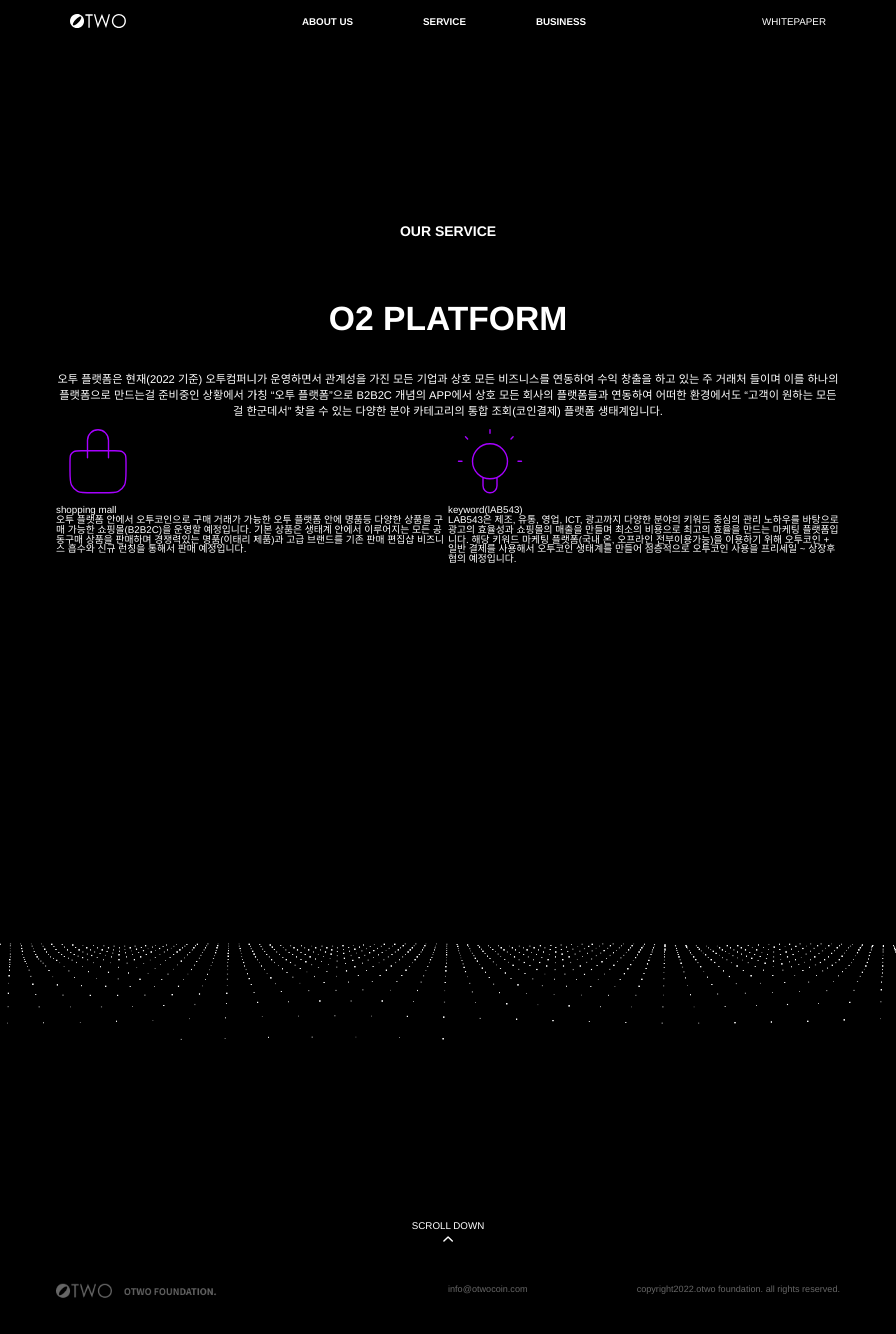
Repository: songhun115/Otwo
Page: service.html
These files come from the project's save history. The page is drawn as it stood at one moment and after the next save; the edit follows.
The browser window is 1280 px wide. The pictures show the whole page, at 70% of full size.

Above is the page before, as saved 2022-11-18 11:15:02.
Not found: js/three.js

### service.html
<!DOCTYPE html>
<html lang="en">

<head>
    <meta charset="UTF-8">
    <meta http-equiv="X-UA-Compatible" content="IE=edge">
    <meta name="viewport" content="width=device-width, initial-scale=1.0">
    <link rel="stylesheet" href="css/reset.css">
    <link rel="stylesheet" href="css/content.css">
    <link rel="preconnect" href="https://fonts.googleapis.com">
    <link rel="preconnect" href="https://fonts.gstatic.com" crossorigin>
    <link href="https://fonts.googleapis.com/css2?family=Noto+Sans+KR:wght@300;400;500;700;900&display=swap"
        rel="stylesheet">
    <link rel="stylesheet" href="https://cdn.jsdelivr.net/npm/swiper/swiper-bundle.min.css" />
    <script src="https://cdnjs.cloudflare.com/ajax/libs/jquery/3.6.1/jquery.min.js"
        integrity="sha512-aVKKRRi/Q/YV+4mjoKBsE4x3H+BkegoM/em46NNlCqNTmUYADjBbeNefNxYV7giUp0VxICtqdrbqU7iVaeZNXA=="
        crossorigin="anonymous" referrerpolicy="no-referrer"></script>
    <script src="js/index.js"></script>
    <script src="js/three.js"></script>
    <script src="js/three.min.js"></script>
    <title>about</title>
</head>

<body>
    <div class="contaeiner">
        <header class="header">
            <nav class="nav-bar">
                <div class="logo">
                    <img src="img/logo-white.svg" alt="">
                </div>
                <ul class="nav-list">
                    <li class="nav-item">ABOUT US</li>
                    <li class="nav-item">SERVICE</li>
                    <li class="nav-item">BUSINESS</li>
                </ul>
                <div class="white-paper">
                    WHITEPAPER
                </div>
            </nav>
        </header>
        <section class="section overview">
            <h3>OUR SERVICE</h3>
            <h1>O2 PLATFORM</h1>
            <p>오투 플랫폼은 현재(2022 기준) 오투컴퍼니가 운영하면서 관계성을 가진 모든 기업과 상호 모든 비즈니스를 연동하여 수익 창출을 하고 있는
                주 거래처 들이며 이를 하나의 플랫폼으로 만드는걸 준비중인 상황에서 가칭 “오투 플랫폼”으로 B2B2C 개념의 APP에서 상호 모든 회사의 플랫폼들과 연동하여 어떠한 환경에서도 “고객이 원하는 모든걸 한군데서” 찾을 수 있는 다양한 분야 카테고리의 통합 조회(코인결제) 플랫폼 생태계입니다.</p>

        </section>
     <section class="service-platform-list">
        <ul class="platform-list">
            <li class="platform-item">
                <div class="platform-img">
                    <img src="img/shoping.svg" alt="">
                </div>
                <div class="platform-category">shopping mall</div>
                <div class="platform-con">오투 플랫폼 안에서 오투코인으로 구매 거래가 가능한 오투 플랫폼 안에 명품등 다양한 상품을 구매 가능한 쇼핑몰(B2B2C)을 운영할 예정입니다.
                    기본 상품은 생태계 안에서 이루어지는 모든 공동구매 상품을 판매하며 경쟁력있는 명품(이태리 제품)과 고급 브랜드를 기존 판매 편집샵 비즈니스 흡수와 신규 런칭을 통해서 판매 예정입니다. </div>
            </li>
            <li class="platform-item">
                <div class="platform-img">
                    <img src="img/keywrod.svg" alt="">
                </div>
                <div class="platform-category">keyword(lAB543)</div>
                <div class="platform-con">LAB543은 제조, 유통, 영업, ICT, 광고까지 다양한 분야의 키워드 중심의 관리 노하우를 바탕으로 광고의 효율성과 쇼핑몰의 매출을 만들며 최소의 비용으로 최고의 효율을 만드는 마케팅 플랫폼입니다.
                    해당 키워드 마케팅 플랫폼(국내 온, 오프라인 전부이용가능)을 이용하기 위해 오투코인 + 일반 결제를 사용해서 오투코인 생태계를 만들어 점층적으로 오투코인 사용을 프리세일 ~ 상장후 협의 예정입니다. </div>
            </li>
        </ul>
     </section>

    </div>


    <div class="contaeiner-two">


        </div>
        <div id="canvas">
            <div class="scroll-up ">
                <p>SCROLL DOWN</p>
                <img src="img/chevron-up.svg" alt="">
            </div>

        </div>
        <script>
            window.addEventListener("DOMContentLoaded", () => {
            const w = window.innerWidth;
            const h = window.innerHeight / 2;
            const dpr = window.devicePixelRatio;

            const fov = 60;
            const fovRad = (fov / 2) * (Math.PI / 180);
            const dist = h / 2 / Math.tan(fovRad);

            const clock = new THREE.Clock();
            const particles = 5000;
            const pointSize = 2.5;

            const renderer = new THREE.WebGLRenderer();
            renderer.setSize(w, h);
            renderer.setClearColor(new THREE.Color(0x000000), 1.0);
            renderer.setPixelRatio(dpr);

            const container = document.getElementById("canvas");
            container.appendChild(renderer.domElement);

            const camera = new THREE.PerspectiveCamera(fov, w / h, 1, dist * 2);
            camera.position.x = 0;
            camera.position.y = 0;
            camera.position.z = 10;

            const scene = new THREE.Scene();

            const geo = new THREE.BufferGeometry();
            let positions = [];
            let x, y, z;

            const width = 400 * (w / h);

            const depth = 400;
            const distance = 10;

            for (let x = 0; x < width; x += distance) {
              for (let z = 0; z < depth; z += distance) {
                positions.push(-width / 2 + x, -30, -depth / 2 + z);
              }
            }
            let positionAttribute = new THREE.Float32BufferAttribute(positions, 3);
            geo.addAttribute("position", positionAttribute);

            const mat = new THREE.ShaderMaterial({
              uniforms: {
                u_time: {
                  value: 0.0
                }
              },
              vertexShader: `
              #define M_PI 3.1415926535897932384626433832795

              precision mediump float;
              uniform float u_time;
              void main() {
                vec3 p = position;
                p.y += (
                  cos(p.x / M_PI * 8.0 + u_time * 2.0) +
                  sin(p.z / M_PI * 8.0 + u_time * 2.0)
                );
                gl_PointSize = 1.5;
                gl_Position = projectionMatrix * modelViewMatrix * vec4(p, 1.0);
              }
              `,
              fragmentShader: `
              precision mediump float;
              void main() {
                gl_FragColor = vec4(1.0, 1.0, 1.0, 1.0);
              }
              `
            });

            const mesh = new THREE.Points(geo, mat);
            scene.add(mesh);

            render();

            function render() {
              const time = clock.getElapsedTime();
              mesh.material.uniforms.u_time.value = time;
              renderer.render(scene, camera);
              requestAnimationFrame(render);
            }
          });
          </script>
          <footer class="footer">
            <div class="footer-left">
                <img src="img/footer-left.png" alt="">
            </div>
            <div class="footer-right">
                <p>info@otwocoin.com</p>
                <p>copyright2022.otwo foundation. all rights reserved.</p>
            </div>
        </footer>
</body>

</html>

### css/reset.css
html, body, div, span, applet, object, iframe,
h1, h2, h3, h4, h5, h6, p, blockquote, pre,
a, abbr, acronym, address, big, cite, code,
del, dfn, em, img, ins, kbd, q, s, samp,
small, strike, strong, sub, sup, tt, var,
b, u, i, center,
dl, dt, dd, ol, ul, li,
fieldset, form, label, legend,
table, caption, tbody, tfoot, thead, tr, th, td,
article, aside, canvas, details, embed,
figure, figcaption, footer, header, hgroup,
menu, nav, output, ruby, section, summary,
time, mark, audio, video {
	margin: 0;
	padding: 0;
	border: 0;
	font-size: 100%;
	font: inherit;
	vertical-align: baseline;

}
/* HTML5 display-role reset for older browsers */
article, aside, details, figcaption, figure,
footer, header, hgroup, menu, nav, section {
	display: block;
}
body {
	line-height: 1;
  overflow-x: hidden;
  overflow-y: scroll;
}
ol, ul {
	list-style: none;
}
blockquote, q {
	quotes: none;
}
blockquote:before, blockquote:after,
q:before, q:after {
	content: '';
	content: none;
}
table {
	border-collapse: collapse;
	border-spacing: 0;
}
a,span{display: inline-block;}
body{font-family: 'Noto Sans KR', sans-serif; color: #fff;}
section h1 {font-size: 48px; line-height: 70px; color:#fff; font-weight: 700;}
section p {line-height: 23px; font-weight: 400; font-size: 16px;}
h2{font-size: 32px; font-weight: 700; line-height: 46px;}


html,
body {
  position: relative;
  height: 100%;
}

body {
  background: #eee;
  font-family: Helvetica Neue, Helvetica, Arial, sans-serif;
  font-size: 14px;
  color: #000;
  margin: 0;
  padding: 0;
}

.swiper {
  width: 100%;
  height: 100%;
}

.swiper-slide {
  text-align: center;
  font-size: 18px;


  /* Center slide text vertically */
  display: -webkit-box;
  display: -ms-flexbox;
  display: -webkit-flex;
  display: flex;
  -webkit-box-pack: center;
  -ms-flex-pack: center;
  -webkit-justify-content: center;
  justify-content: center;
  -webkit-box-align: center;
  -ms-flex-align: center;
  -webkit-align-items: center;
  align-items: center;
}

.swiper-slide img {
  display: block;
  width: 100%;
  height: 100%;
  object-fit: cover;
}
.service-swiper{ overflow: inherit !important; max-width: 1120px !important;}

### css/content.css
.intro{height: 100vh;}
canvas{    position: absolute; left: 0; top: 0; z-index: -1;}
.contaeiner{max-width: 1120px; margin: 0 auto;}
.contaeiner-two{max-width: 1120px; margin: 0 auto;}
body{background-color: #000; color: #fff;}
/*! 헤더  */
.header{position: absolute; left: 50%; top: 0; transform: translateX(-50%); width: 100%; max-width: 1120px; margin: 0 auto;  z-index: 11;}
.nav-bar{display: flex; justify-content: space-between; align-items: center; padding: 20px;}
.nav-list{display: flex; align-items: center;}
.nav-item{padding:0 50px; font-weight: 700;font-size: 14px;line-height: 20px; cursor: pointer;}
/*!메인페이지   */
.intro{position: relative;}
.intro-box{display: flex; flex-direction: column; align-items: center; justify-content: center; text-align: center; width: 100%;height: 100%;}
.pur-button{border: 1px solid #A600FF;border-radius: 50px; display: flex;flex-direction: row;justify-content: center;align-items: center;gap: 10px; transition: 0.3s; width: 216px;height: 45px; cursor: pointer;}
.pur-button:hover{background-color: #A600FF; }
.pur-button:hover > button{color:#D9D9D9;}
.intro-box > p{padding: 40px 0 80px 0;}
.pur-button button{border: none;outline: none; color:#A600FF; background-color: transparent; font-weight: 700; font-size: 17px; line-height: 25px;}
.scroll-down{position: absolute; bottom: 50px; left: 50%; transform: translateX(-50%);}
.scroll-down > p {font-weight: 300; padding-bottom:7px; color: #fff; color: pu;}


/*! 메인 service */
.service{padding-top: 320px;}
.service-content{display: flex; justify-content: space-between; align-items: center;}
.service-left.service-right{width: 50%;}
.service-left > p,.business-box-left p{padding-top: 40px; font-size: 16px;}
.service-category-box{display: flex; flex-direction: column; justify-content: start; align-items: flex-start; text-align: left; padding-right: 40px; box-sizing: border-box;}
.service-category-box > h4 {font-size: 20px; line-height: 29px; font-weight: 400; margin:40px 0 20px 0;}
.service-category-box > p {font-size: 16px;}

.service-swiper{padding:120px 0 100px 0!important; box-sizing: border-box !important;}
.swiper-button-prev,
.swiper-button-next{top: 90% !important;  }
.swiper-button-prev{left:0 !important;}
.swiper-button-next{left: 64px !important;}
.swiper-button-next:after, .swiper-button-prev:after{content: "" !important;font-family: none !important;width: 20px !important;height: 20px !important;}
.swiper-button-next:after{background-image: url("../img/chevron-right.svg") !important;}
.swiper-button-prev:after{background-image: url("../img/chevron-left.svg") !important;}


  /*!메인 Business */
  .business{padding-top: 370px;}
  .business-box{display: flex; justify-content: space-between; align-items: center;}
  .business-box-left .pur-button{margin-top: 80px;}
  .business-box-left{width: 58%;}
  business-box-right{width: 42%;}
  .scroll-up{position: absolute;bottom: 0;left: 50%;transform: translateX(-50%);text-align: center;}
  #canvas{position: relative; height: 100%; max-height: 659px;}
  /* #canvas canvas{ height: 1000px !important;} */
  /* #canvas canvas{height: 1000px;} */
  /*! 푸터   */
  .footer{max-width: 1120px; margin: 0 auto; display: flex; justify-content: space-between; padding: 50px 0;}
  footer-left,
  .footer-right{width: 50%;}
  .footer-right{display: flex; justify-content: space-between; opacity: 0.4; font-size: 13px; line-height: 13px;}



  /*! 어바웃 */
  .canvas-one-wrap{position: relative; max-height: 659px; height: 100%;}
  .canvas-one{ top: 50%;left: 50%; transform: translate(-50%, -50%); margin-top: 100px; background-image: url(../img/logo-purple.png);background-repeat: no-repeat;background-position: center}
  .contaeiner-two{padding-top: 320px;}
  .overview{padding-top: 320px; text-align: center; }
  .overview > h3{font-weight: 700; font-size: 20px;}
  .our-values{text-align: center;}
  .our-values > h1{margin:80px 0 40px 0;}
  .overview > h1{margin:80px 0 40px 0}
  .our-values-list{display: flex; justify-content: space-between; padding-top: 120px;}
  .our-values-item{text-align: left;}
  .our-values-category {margin:20px 0 32px 0; font-size: 24px; font-weight: 600;}

  .advisor{padding-top: 480px;}
  .advisor > h2{margin: 80px 0 120px 0;}
  .member-info {padding:40px 40px 60px 40px; box-sizing: border-box;}
  .advisor-member-list{    display: grid;grid-template-columns: repeat(3,1fr);gap: 40px}
  .advisor-member-item{background: #252525; border-radius: 20px; }
  .member-name{font-size: 20px; font-weight: 700;}
  .member-info > div{display: flex; align-items: center; justify-content: space-between; margin-top: 5px;}
  .member-photo img{ width: 100%;}
  .more-button{    max-width: 216px;margin: 120px auto;}
  .advisor-member-item-more{display: none;}
  .advisor-member-item-more.show{display: block;}

  /*!서비스  */
  .platform-list{display: flex;}
  .platform-item{width: 50%;}

### js/index.js
$(document).ready(function () {
    $('.more-button').click(function () {
        $('.advisor-member-item-more').addClass('show');
    });
});

### img/shoping.svg
<svg width="120" height="120" viewBox="0 0 120 120" fill="none" xmlns="http://www.w3.org/2000/svg">
<path d="M45 55V30C45 21.7157 51.7157 15 60 15C68.2843 15 75 21.7157 75 30V54.8363M52 105H68C79.2011 105 84.8016 105 89.0798 102.82C92.8431 100.903 95.9027 97.8431 97.8201 94.0798C100 89.8016 100 84.2011 100 73V61C100 55.3995 100 52.5992 98.9101 50.4601C97.9513 48.5785 96.4215 47.0487 94.5399 46.0899C92.4008 45 89.6005 45 84 45H36C30.3995 45 27.5992 45 25.4601 46.0899C23.5785 47.0487 22.0487 48.5785 21.0899 50.4601C20 52.5992 20 55.3995 20 61V73C20 84.201 20 89.8016 22.1799 94.0798C24.0973 97.8431 27.1569 100.903 30.9202 102.82C35.1984 105 40.7989 105 52 105Z" stroke="#A600FF" stroke-width="2" stroke-linecap="round" stroke-linejoin="round"/>
</svg>

Loaded but not shown: js/three.min.js (library)

After the next save:
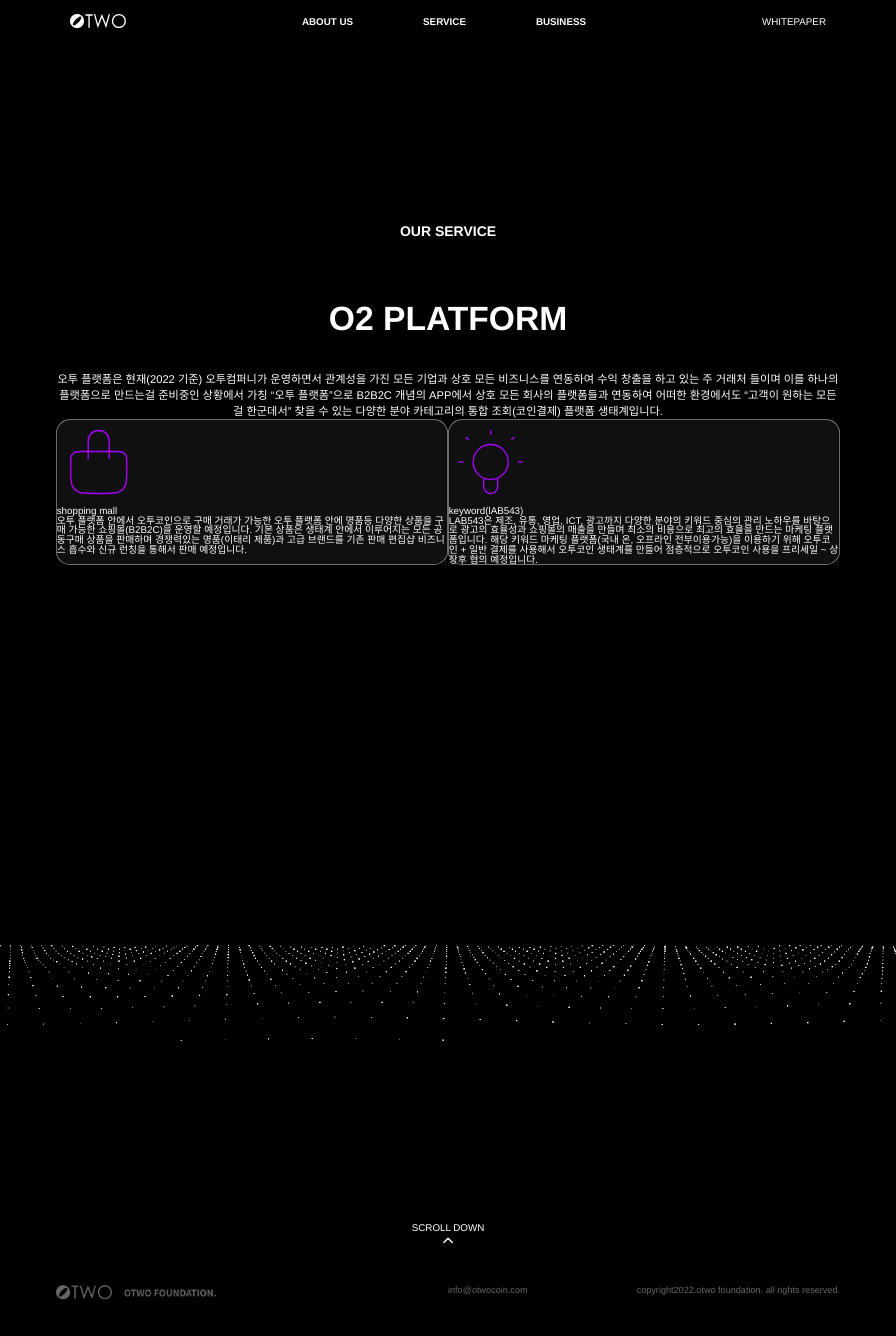
Saved 20 min 33 s later.
--- a/css/content.css
+++ b/css/content.css
@@ -84,4 +84,6 @@
 
   /*!서비스  */
   .platform-list{display: flex;}
-  .platform-item{width: 50%;}
+  .platform-item{width: 50%; background: #101010;
+    border: 0.5px solid rgba(235, 235, 235, 0.6);
+    border-radius: 20px;}
